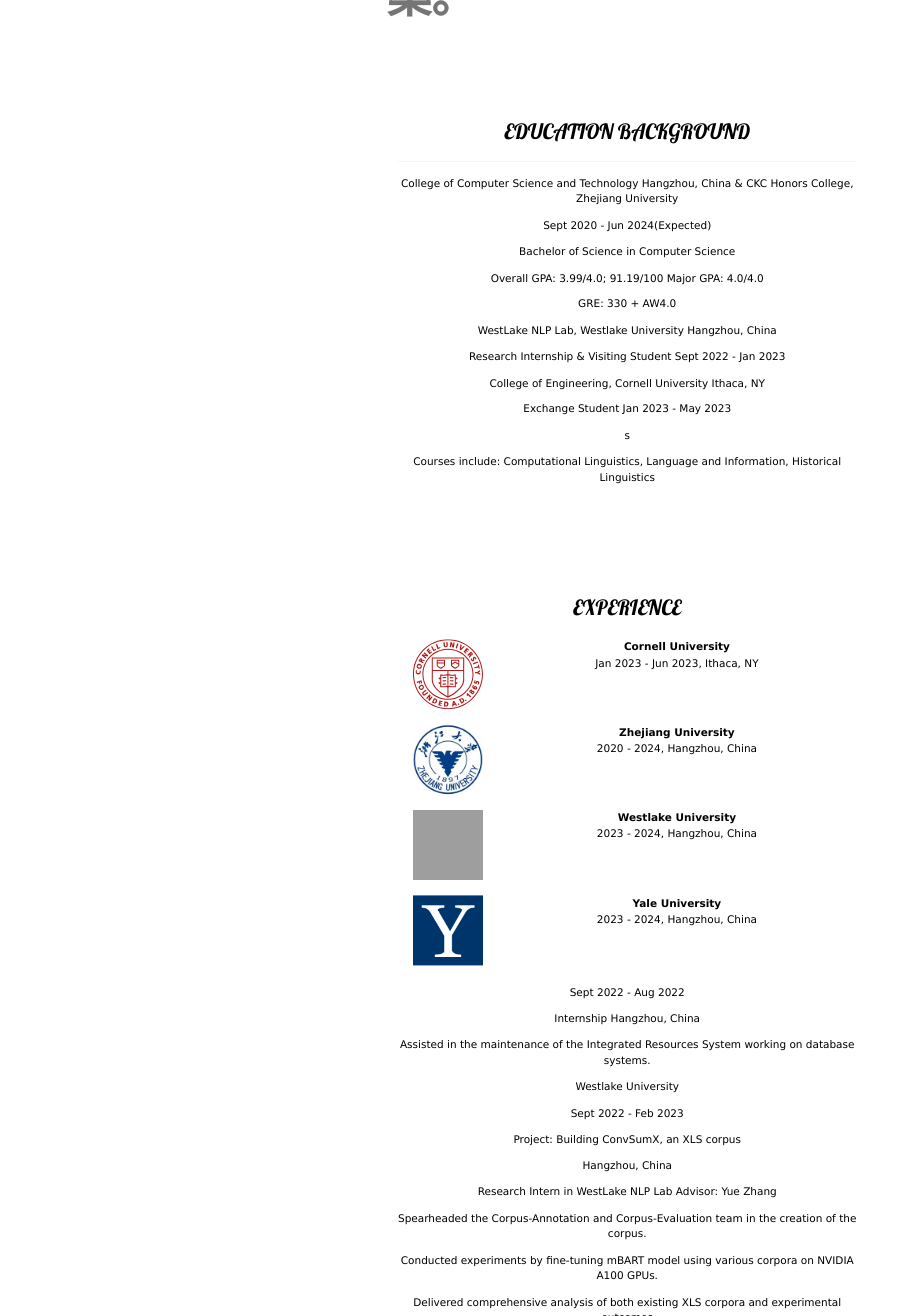
Repository: Ej-zhou/ej-zhou.github.io
Page: index.html
These files come from the project's save history. The page is drawn as it stood at one moment and after a run of saves; the edit follows.
The browser window is 1280 px wide. The page is 1304 px wide, so the pictures cover 1304 px, including what lies to the right of the window. The pictures show the part of the page from y = 1113 to 2993 px (the page is 6738 px tall), at 70% of full size.
Pictures or frames that could not be fetched are drawn as grey boxes. Some web fonts or font styles are not loaded; a fallback is used.

Above is the page before, as saved 2023-08-12 16:42:06.

After the next 3 saves:
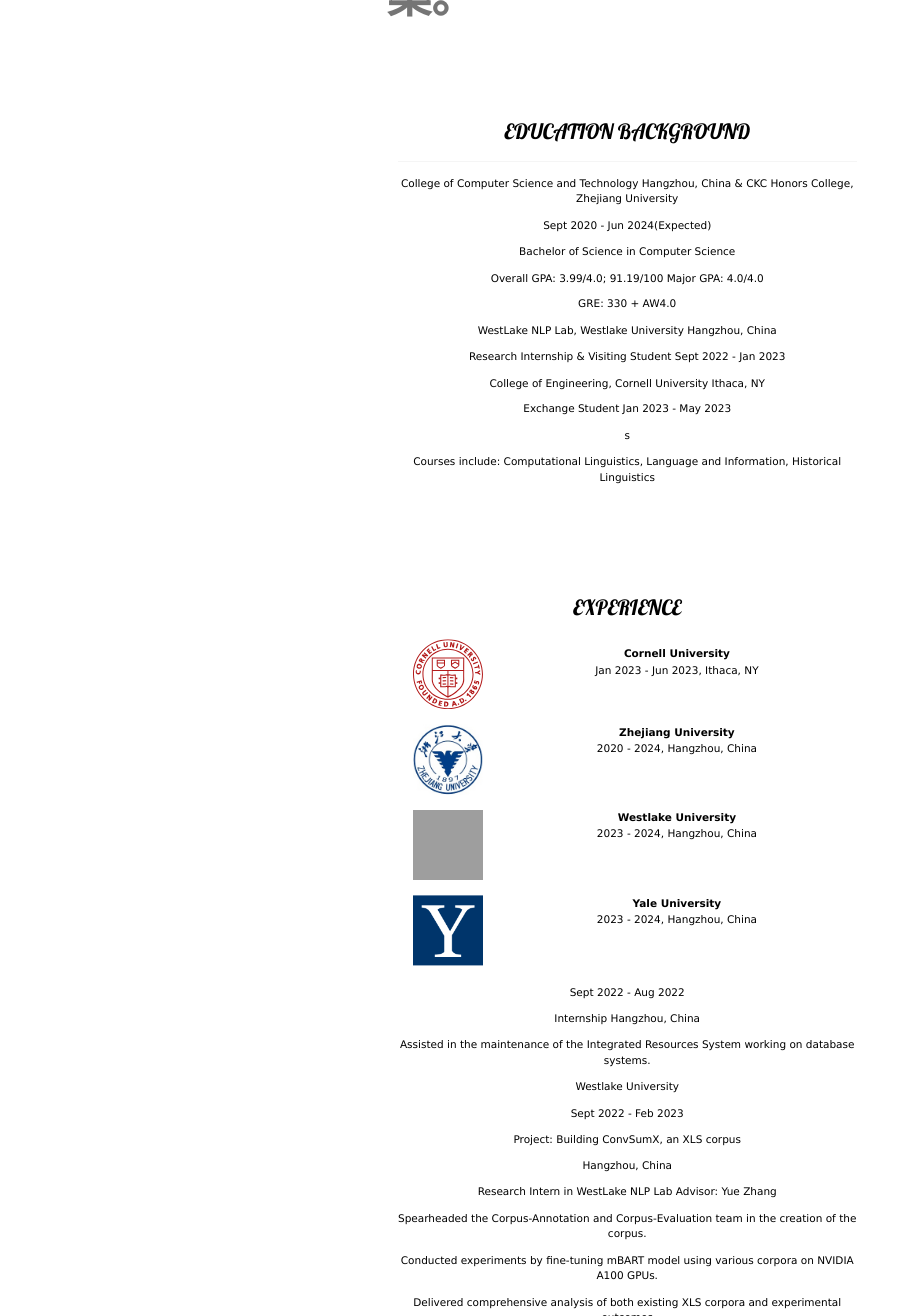
The 3 saves are shown as one change because they came seconds apart.
The last was saved 4 min 16 s later.
--- a/index.html
+++ b/index.html
@@ -427,7 +427,7 @@
                 <td style="padding-left:20px;padding-right:20px;width:20%;vertical-align:middle;text-align:center;">
                     <img src="logo/cornell_seal_simple_web/cornell_seal_simple_web_b31b1b.svg" alt="Cornell University Seal" class="university-logo" />
                 </td>
-                <td width="80%" valign="top">
+                <td style="padding: 20px; width:80%" valign="top">
                     <b>Cornell University</b>
                     <br>Jan 2023 - Jun 2023, Ithaca, NY
                 </td>
